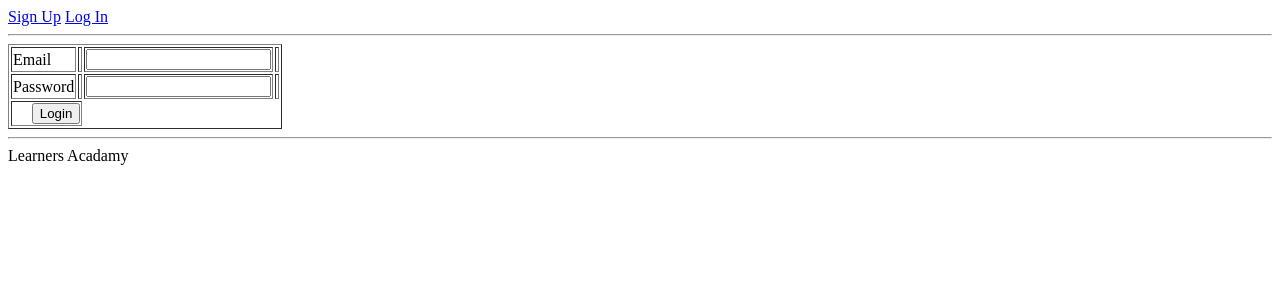
Repository: zshafi01/LearnerAcadamy
Page: http://localhost/LearnerAcadamy/login.jsp
An editor plug-in stored every save of this project. The page is shown before and after the next save, followed by the edit.
The browser window is 1280 px wide. The pictures show the whole page.
The page is served by Tomcat 9. Other server files are loaded and not shown.

Above is the page before, as saved 2021-02-03 21:16:04.

### LearnerAcadamy/WebContent/login.jsp
<%@ page language="java" contentType="text/html; charset=ISO-8859-1"
    pageEncoding="ISO-8859-1"%>
<!DOCTYPE html>
<html>
<head>
<meta charset="ISO-8859-1">
<title>Insert title here</title>
</head>
<body>
<div class="container">


<div>
<%@ include file="header.jsp" %>
</div>

<div>
<form method="post" action="loginHandle">
<table border="1">
<tr><td>Email<td><td><input type="email" name="email"><td></tr>
<tr><td>Password<td><td><input type="password" name="password"><td></tr>
<tr align="right"><td colspan="2"><input type="submit" value="Login"></td></tr>
</table>



</form>
</div>

<div>
<%@ include file="footer.jsp" %>
</div>

</div>


</body>
</html>

### LearnerAcadamy/WebContent/header.jsp

<div>
<a href="user.jsp">Sign Up</a>  <a href="login.jsp">Log In</a>
<hr>
</div>

### LearnerAcadamy/WebContent/footer.jsp
<div>
<hr>
Learners Acadamy
</div>

After the next save:
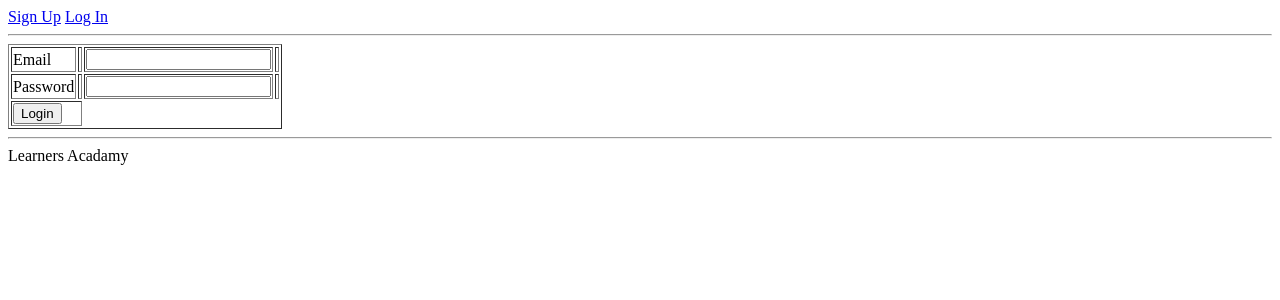
Saved 65 s later.
--- a/LearnerAcadamy/WebContent/login.jsp
+++ b/LearnerAcadamy/WebContent/login.jsp
@@ -19,7 +19,7 @@
 <table border="1">
 <tr><td>Email<td><td><input type="email" name="email"><td></tr>
 <tr><td>Password<td><td><input type="password" name="password"><td></tr>
-<tr align="right"><td colspan="2"><input type="submit" value="Login"></td></tr>
+<tr><td colspan="2"><input type="submit" value="Login"></td></tr>
 </table>
 
 
